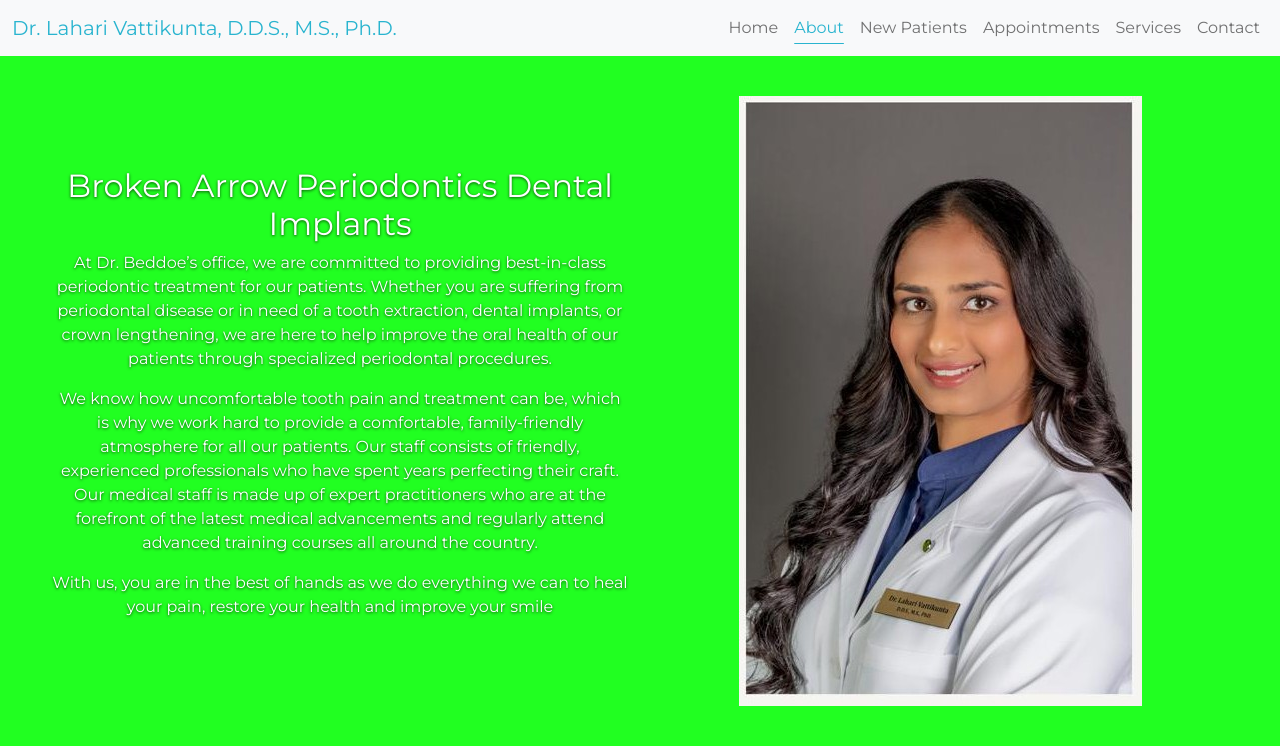
Repository: vineetha2438/baperio
Page: about.html
The author's editor kept a copy of each file at every save. The page is drawn from the files as they stood at one save, then again after the next save.
The browser window is 1280 px wide. The pictures show the whole page.

Above is the page before, as saved 2022-11-14 21:05:20.

After the next save:
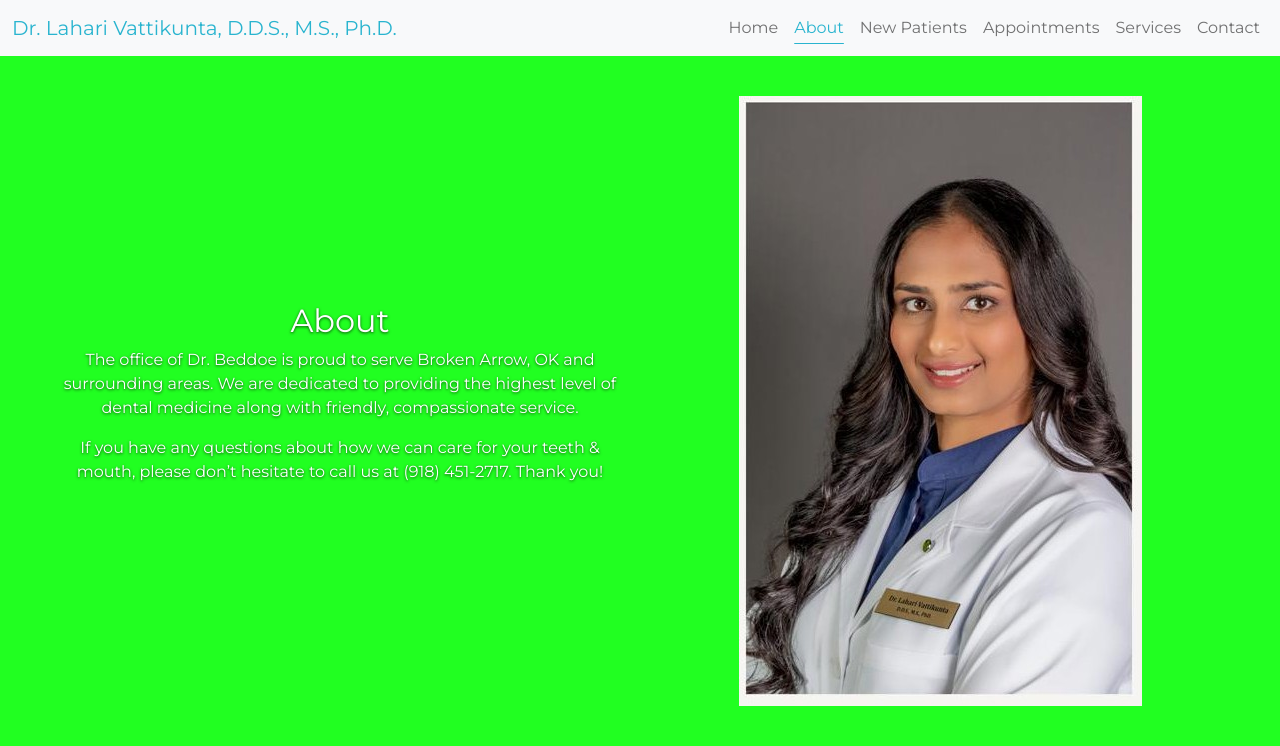
Saved 85 s later.
--- a/about.html
+++ b/about.html
@@ -51,26 +51,20 @@
   </nav>
 
   <div class="container-fluid text-center" style="background-color: rgb(33,333,33)">
-      <div class="row section-one">
-        <div class="col-sm-12 col-md-6">
-          <h2>Broken Arrow Periodontics Dental Implants</h2>
-          <p>At Dr. Beddoe’s office, we are committed to providing best-in-class periodontic treatment for our patients. Whether
-            you are suffering from periodontal disease or in need of a tooth extraction, dental implants, or crown lengthening,
-            we are here to help improve the oral health of our patients through specialized periodontal procedures.</p>
+    <div class="row section-one">
+      <div class="col-sm-12 col-md-6">
+        <h2>About</h2>
+        <p>The office of Dr. Beddoe is proud to serve Broken Arrow, OK and surrounding areas. We are dedicated to providing
+          the highest level of dental medicine along with friendly, compassionate service.</p>
 
-          <p>We know how uncomfortable tooth pain and treatment can be, which is why we work hard to provide a comfortable,
-            family-friendly atmosphere for all our patients. Our staff consists of friendly, experienced professionals who
-            have spent years perfecting their craft. Our medical staff is made up of expert practitioners who are at the
-            forefront of the latest medical advancements and regularly attend advanced training courses all around the country.</p>
-
-          <p>With us, you are in the best of hands as we do everything we can to heal your pain, restore your health and improve
-            your smile</p>
-        </div>
-        <div class="col-sm-12 col-md-6">
-          <img src="doctor.jpg" class="img-fluid" />
-        </div>
+        <p>If you have any questions about how we can care for your teeth & mouth, please don’t hesitate to call us at (918)
+          451-2717. Thank you!</p>
+      </div>
+      <div class="col-sm-12 col-md-6">
+        <img src="doctor.jpg" class="img-fluid" />
       </div>
     </div>
+  </div>
   <script src="https://cdn.jsdelivr.net/npm/bootstrap@5.2.2/dist/js/bootstrap.bundle.min.js" integrity="sha384-OERcA2EqjJCMA+/3y+gxIOqMEjwtxJY7qPCqsdltbNJuaOe923+mo//f6V8Qbsw3"
     crossorigin="anonymous"></script>
 </body>
